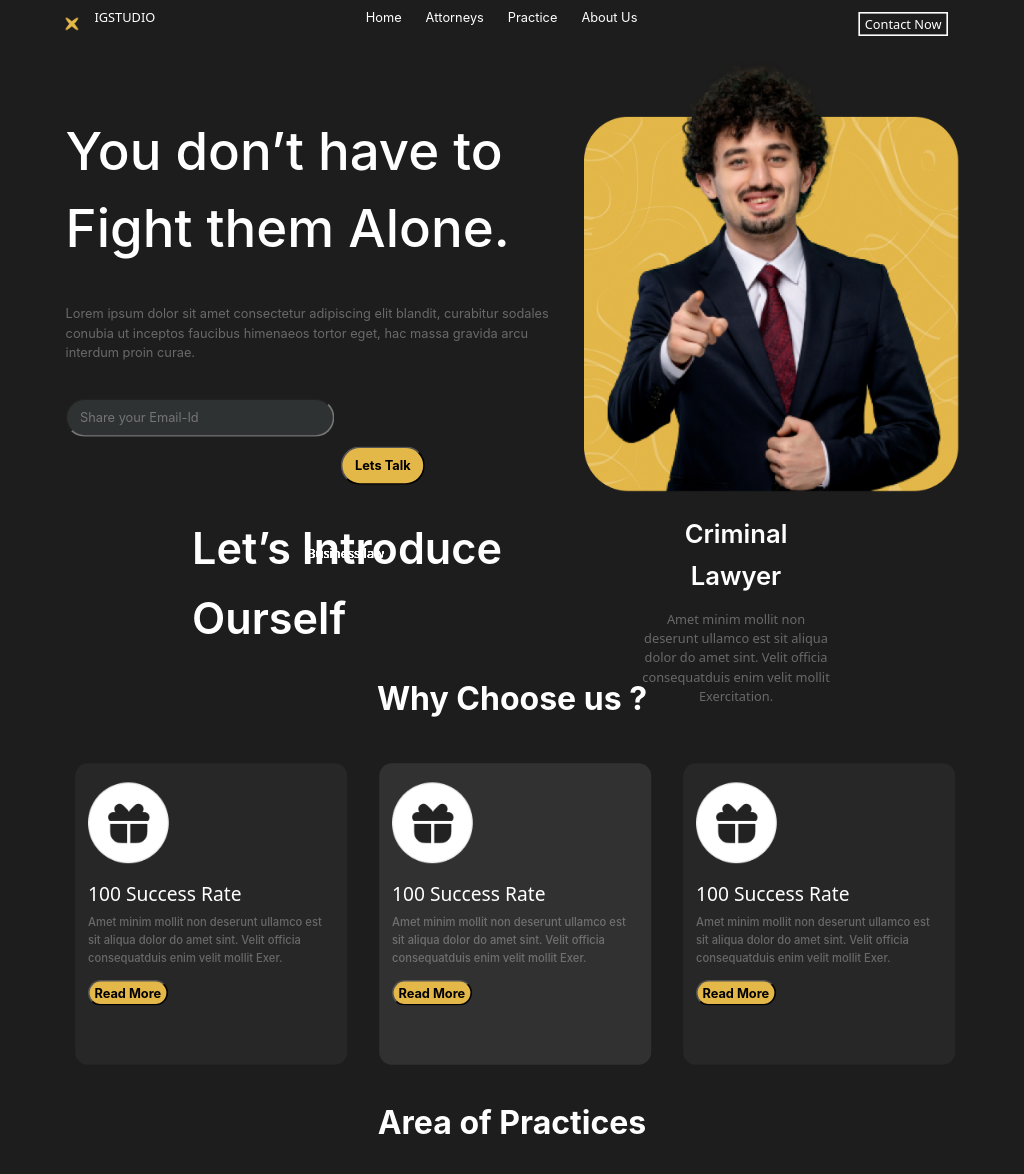
Repository: Senthil-Bala/LawFirm
Page: /
The author's editor kept a copy of each file at every save. The page is drawn from the files as they stood at one save, then again after a run of saves.
The browser window is 1280 px wide. The pictures show the part of the page from y = 0 to 1468 px (the page is 3939 px tall before and 3925 px after), at 80% of full size.
Pictures or frames that could not be fetched are drawn as grey boxes. The project was rebuilt for these pictures with package versions that can differ from the ones it lists, and the page was loaded fresh each time. Also part of the build but not shown: src/App.css, src/Components/Frequents/Accordionss.css, src/Components/Frequents/Accordionss.jsx.

Above is the page before, as saved 2023-11-29 18:51:00.

### src/App.js
import './App.css';
import 'bootstrap/dist/css/bootstrap.min.css';
import Navbar from "./Components/Navbars/Navbar"
import HeroSection from './Components/Heroess/HeroSection';
import Main from "./Components/Mainss/Main";
import Boxes from "./Components/Box/Boxes";
import Practices from './Components/Practicsing/Practices';
import Clients from "./Components/ClientSides/Clients";
import Team from "./Components/Teamss/Team";
import Faq from "./Components/Frequents/Faq"
import Subscribe from './Components/Subscribes/Subscribe';
import Footer from "./Components/Footers/Footer"

function App() {
  return (
    <div className="container">
      <Navbar/>
      <HeroSection/>
      <Main/>
      <Boxes/>
      <Practices/>
      <Clients/>
      <Team/>
      <Faq/>
      <Subscribe/>
      <Footer/>
    </div>
  );
}

export default App;

### src/Components/Navbars/Navbar.jsx
import React from 'react'
import Studio from "../assests/logo.png";
import "./Navbar.css"

function Navbar() {
  return (
    <div className='navbar'>
        <div className="logo ">
            <img src={Studio} alt="Logo"/>
            <p>IGSTUDIO</p>
        </div>
        <div className="mid">
            <p>Home</p>
            <p>Attorneys</p>
            <p>Practice</p>
            <p>About Us</p>
        </div>
        <div className="btn">
            <button>Contact Now</button>
        </div>
    </div>
  )
}

export default Navbar

### src/Components/Heroess/HeroSection.jsx
import React from "react";
import "./HeroSection.css";
import Hero from "../assests/hero.png";
import Container from 'react-bootstrap/Container';
import Row from 'react-bootstrap/Row';
import Col from 'react-bootstrap/Col';
function HeroSection() {
  return (
    <div className="hero">
      <div className="contentLeft">
        <p id="mainHeading">You don’t have to Fight them Alone.</p>
        <p id="subHeading">
          Lorem ipsum dolor sit amet consectetur adipiscing elit blandit,
          curabitur sodales conubia ut inceptos faucibus himenaeos tortor eget,
          hac massa gravida arcu interdum proin curae.
        </p>
        <div >
        <input type="text" placeholder="Share your Email-Id" />
        <button className="inBtn">Lets Talk</button>
        </div>
      </div>
      <div className="contentRight">
        <img src={Hero} alt="Hero" />
      </div>
    </div>

  //   <Container>
  //   <Row>
  //     <Col sm={12} md={6} lg={6} >
  //     <div className="contentLeft">
  //   <p id="mainHeading">You don’t have to Fight them Alone.</p>
  //        <p id="subHeading">
  //        Lorem ipsum dolor sit amet consectetur adipiscing elit blandit,
  //          curabitur sodales conubia ut inceptos faucibus himenaeos tortor eget,
  //          hac massa gravida arcu interdum proin curae.
  //        </p>
  //         <input type="text" placeholder="Share your Email-Id" />
  //     <button className="inBtn">Lets Talk</button>
  //      </div >
  //     </Col>
  //     <Col sm={12} md={6} lg={6}>
  //     <div className="contentRight mt-5">
  //       <img src={Hero} alt="Hero" />
  //    </div>
  //     </Col>
  //   </Row>

  // </Container>








  );
}

export default HeroSection;

### src/Components/Mainss/Main.jsx
import React from "react";
import "./Main.css";
import Container from 'react-bootstrap/Container';
import Row from 'react-bootstrap/Row';
import Col from 'react-bootstrap/Col';
function Main() {
  return (
    <div className="main">
    <div className="left">
        <p>Let’s Introduce <br /> Ourself</p>
    </div>
    {/* <div className="vertical-line"></div> */}
    <div className="right">
        <p id="heading">Criminal Lawyer</p>
        <p id="subHeading">
            Amet minim mollit non deserunt ullamco est sit aliqua dolor do amet
            sint. Velit officia consequatduis enim velit mollit Exercitation.
        </p>
    </div>
</div>



    //Grid layouts

  //   <Container className="mt-5 pt-5">
  //   <Row>
  //     <Col sm={12} md={6} lg={6}>
  //     <div className="left">
  //       <p>Let’s Introduce Ourself</p>
  //     </div>
  //     </Col>
  //     <Col  sm={12} md={6} lg={6}>
  //     <div className="right">
  //       <p id="heading">Criminal Lawyer</p>
  //       <p id="subHeading">
  //         Amet minim mollit non deserunt ullamco est sit aliqua dolor do amet
  //         sint. Velit officia consequatduis enim velit mollit Exercitation.
  //       </p>
  //     </div>
  //     </Col>
  //   </Row>

  // </Container>
  );
}

export default Main;

### src/Components/Box/Boxes.jsx
import React from "react";
import "./Boxes.css";
import Box from "../assests/box.png";
import Container from 'react-bootstrap/Container';
import Row from 'react-bootstrap/Row';
import Col from 'react-bootstrap/Col';
function Boxes() {
  return (
    // <div className="box">
    //   <h1>Why Choose us ?</h1>
    //   <br />
    //   <div className="chooseBox">
    //     <div className="box1">
    //       <img src={Box} alt="" className="mt-2" />
    //       <h4 className="mt-4">100 Success Rate</h4>
    //       <p className="small">
    //         Amet minim mollit non deserunt ullamco est sit aliqua dolor do amet
    //         sint. Velit officia consequatduis enim velit mollit Exer.
    //       </p>
    //     </div>
    //     <div className="box2">
    //       <img src={Box} alt="" className="mt-2" />
    //       <h4 className="mt-4">100 Success Rate</h4>
    //       <p className="small">
    //         Amet minim mollit non deserunt ullamco est sit aliqua dolor do amet
    //         sint. Velit officia consequatduis enim velit mollit Exer.
    //       </p>
    //     </div>
    //     <div className="box3">
    //       <img src={Box} alt="" className="mt-2" />
    //       <h4 className="mt-4">100 Success Rate</h4>
    //       <p className="small">
    //         Amet minim mollit non deserunt ullamco est sit aliqua dolor do amet
    //         sint. Velit officia consequatduis enim velit mollit Exer.
    //       </p>
    //     </div>
    //   </div>
    // </div>
    //Grid layouts

<div>
<h1  className="text-center my-5 heading">Why Choose us ?</h1>

<Container>
<Row className="gx-5 gy-5">
        <Col sm={12} md={6} lg={4} g-5 >
        <div className="box1 mt-2 mr-2">
          <img src={Box} alt="" className="mt-2" />
          <h4 className="mt-4">100 Success Rate</h4>
          <p className="small">
            Amet minim mollit non deserunt ullamco est sit aliqua dolor do amet
            sint. Velit officia consequatduis enim velit mollit Exer.
          </p>
          <button className="chip">Read More</button>
        </div>
        </Col>
        <Col sm={12} md={6} lg={4}>
        <div className="box2 mt-2 mr-2">
          <img src={Box} alt="" className="mt-2" />
          <h4 className="mt-4">100 Success Rate</h4>
          <p className="small">
            Amet minim mollit non deserunt ullamco est sit aliqua dolor do amet
            sint. Velit officia consequatduis enim velit mollit Exer.
          </p>
          <button className="chip" >Read More</button>
        </div>
        </Col>
        <Col sm={12} md={6} lg={4}>
        <div className="box3 mt-2 mr-2">
          <img src={Box} alt="" className="mt-2" />
          <h4 className="mt-4">100 Success Rate</h4>
          <p className="small">
            Amet minim mollit non deserunt ullamco est sit aliqua dolor do amet
            sint. Velit officia consequatduis enim velit mollit Exer.
          </p>
          <button className="chip">Read More</button>
        </div>
        </Col>
      </Row>

    </Container>
    </div>

  );
}

export default Boxes;

### src/Components/Practicsing/Practices.jsx
import React from "react";
import Container from "react-bootstrap/Container";
import Row from "react-bootstrap/Row";
import Col from "react-bootstrap/Col";
import Left from "../assests/left.png";
import Right from "../assests/right.png";
import "./Practices.css";

function Practices() {
  return (
    <div>
      <h1 className="text-center my-5 heading">Area of Practices</h1>

      <Container>
        <Row className="mt-3">
          <Col xs={12} sm={8}>
            <img src={Left} alt="Business law" className="left" />
            <p className="title">Business law</p>

          </Col>
          <Col xs={12} sm={4}>
            <img src={Right} alt="Partnership Law" className="right" />
            <p className="title">Business law</p>

          </Col>
        </Row>
        <Row className="mt-3">
        <Col xs={12} sm={4}>
            <img src={Right} alt="Partnership Law" className="right" />
            <p className="title">Business law</p>
          </Col>
          <Col xs={12} sm={8}>
            <img src={Left} alt="Business law" className="left" />
            <p className="title">Business law</p>

          </Col>

        </Row>
        <Row className="mt-3">
          <Col xs={12} sm={8}>
            <img src={Left} alt="Business law" className="left" />
            <p className="title">Business law</p>

          </Col>
          <Col xs={12} sm={4}>
            <img src={Right} alt="Partnership Law" className="right" />
            <p className="title">Business law</p>

          </Col>
        </Row>
      </Container>
    </div>
  );
}

export default Practices;

### src/Components/ClientSides/Clients.jsx
import React from "react";
import "./Clients.css";
import EclipseOne from "../assests/EclipseOne.png";
import EclipseTwo from "../assests/EclipseTwo.png";
import EclipseThree from "../assests/EclipseThree.png";
import Container from 'react-bootstrap/Container';
import Row from 'react-bootstrap/Row';
import Col from 'react-bootstrap/Col';
function Clients() {
  return (
    // <div className="box">
    //   <h1>Why Choose us ?</h1>
    //   <br />
    //   <div className="chooseBox">
    //     <div className="box1">
    //       <img src={Box} alt="" className="mt-2" />
    //       <h4 className="mt-4">100 Success Rate</h4>
    //       <p className="small">
    //         Amet minim mollit non deserunt ullamco est sit aliqua dolor do amet
    //         sint. Velit officia consequatduis enim velit mollit Exer.
    //       </p>
    //     </div>
    //     <div className="box2">
    //       <img src={Box} alt="" className="mt-2" />
    //       <h4 className="mt-4">100 Success Rate</h4>
    //       <p className="small">
    //         Amet minim mollit non deserunt ullamco est sit aliqua dolor do amet
    //         sint. Velit officia consequatduis enim velit mollit Exer.
    //       </p>
    //     </div>
    //     <div className="box3">
    //       <img src={Box} alt="" className="mt-2" />
    //       <h4 className="mt-4">100 Success Rate</h4>
    //       <p className="small">
    //         Amet minim mollit non deserunt ullamco est sit aliqua dolor do amet
    //         sint. Velit officia consequatduis enim velit mollit Exer.
    //       </p>
    //     </div>
    //   </div>
    // </div>
    //Grid layouts

<div>
    <div className="clientHead d-flex justify-content-between align-items-center">
<h1  className=" my-5 heading">What Says Our <br /> Happy Clients</h1>
<div className="arrows">
<button>L</button>
<button className="rgt">R</button>
</div>


</div>
<Container>
<Row className="gx-4 gy-4">
        <Col sm={12} md={6} lg={4} >
        <div className="box1 mt-2 mr-2">
          <img src={EclipseOne} alt="" />
          <h4 className="mt-2">Joe Kooper</h4>
          <p >Ceo Of Hunt</p>
          <p className="small">
            Amet minim mollit non deserunt ullamco est sit aliqua dolor do amet
            sint. Velit officia consequatduis enim velit mollit Exer.
          </p>
          <button className="chip">Read More</button>
        </div>
        </Col>
        <Col sm={12} md={6} lg={4}>
        <div className="box2 mt-2 mr-2">
          <img src={EclipseTwo} alt="" className="mt-2" />
          <h4 className="mt-2">Robert Fox</h4>
          <p >Ceo Of Hunt</p>
          <p className="small">
            Amet minim mollit non deserunt ullamco est sit aliqua dolor do amet
            sint. Velit officia consequatduis enim velit mollit Exer.
          </p>
          <button className="chip" >Read More</button>
        </div>
        </Col>
        <Col sm={12} md={6} lg={4}>
        <div className="box3 mt-2 mr-2">
          <img src={EclipseThree} alt="" className="mt-2" />
          <h4 className="mt-2">Devon Lane</h4>
          <p >Ceo Of Hunt</p>
          <p className="small">
            Amet minim mollit non deserunt ullamco est sit aliqua dolor do amet
            sint. Velit officia consequatduis enim velit mollit Exer.
          </p>
          <button className="chip">Read More</button>
        </div>
        </Col>
      </Row>

    </Container>
    </div>

  );
}

export default Clients;

### src/Components/Teamss/Team.jsx
import React from 'react'
import Container from 'react-bootstrap/esm/Container'
import Row from 'react-bootstrap/Row';
import Col from 'react-bootstrap/Col';
import Daniel from "../assests/Daniel.png";
import Sanfole from "../assests/Sanfole.png";
import Casforila from "../assests/Casforila.png";
import Collean from "../assests/Collean.png";
import Haldone from "../assests/Haldone.png";
import Nik from "../assests/Nik.png"
import "./Team.css"

function Team() {
  return (
    <div className='teamDiv my-3'>
        <h1 className="text-center mt-5 heading">Our Team</h1>

        <Container>
        <Row>

        <Col xs={6} md={4} lg={4} className='mt-5'>
            <div className="items d-flex pt-1 ">
        <img src={Daniel} alt="" className='mr-3'/>
        <div>
          <h6 >Daniel Def</h6>
          <p className="opac">301 Cases</p>
          </div>
          </div>
        </Col>

        <Col xs={6} md={4} lg={4} className='mt-5'>
            <div className="items d-flex sanfole pt-1 ">
        <img src={Sanfole} alt="" className='mr-3 '/>
        <div>
          <h6>Sanfole</h6>
          <p className="opac">850 Cases</p>
          </div>
          </div>
        </Col>

        <Col xs={6} md={4}  lg={4} className='mt-5'>
            <div className="items d-flex pt-1">
        <img src={Casforila} alt="" className='mr-3'/>
        <div>
          <h6 >Casforila</h6>
          <p className="opac">470 Cases</p>
          </div>
          </div>
        </Col>

        <Col xs={6} md={4} lg={4} className='mt-5'>
            <div className="items d-flex pt-1 ">
        <img src={Collean} alt="" className='mr-3'/>
        <div>
          <h6 >Collean</h6>
          <p className="opac">180 Cases</p>
          </div>
          </div>
        </Col>

        <Col xs={6} md={4}  lg={4} className='mt-5'>
            <div className="items d-flex pt-1">
        <img src={Haldone} alt="" className='mr-3'/>
        <div>
          <h6 >Haldone</h6>
          <p className="opac">212 Cases</p>
          </div>
          </div>
        </Col>

        <Col xs={6} md={4}  lg={4} className='mt-5'>
            <div className="items d-flex p-2">
        <img src={Nik} alt="" className='mr-3'/>
        <div>
          <h6 >Nik Joe</h6>
          <p className="opac">350 cases</p>
          </div>
          </div>
        </Col>

      </Row>
      </Container>
    </div>
  )
}

export default Team

### src/Components/Frequents/Faq.jsx
import React from "react";
import Accordionss from "./Accordionss"
import "./Faq.css"
function Faq() {
  return (
    <div className="d-flex justify-content-between my-5">
      <div className="faq my-4">
        <h1>FAQ</h1>
        <p className="faqContent">
          Amet minim mollit non deserunt ullamco est sit <br /> aliqua dolor do amet
          sint.
        </p>
      </div>
      <div className="accordions mt-5">
        {/* <Accordions/> */}
      </div>
    </div>
  );
}

export default Faq;

### src/Components/Subscribes/Subscribe.jsx
import React from 'react'
import "./Subscribe.css"
function Subscribe() {
  return (
    <div className='subscribes mt-3'>
    <div className="newsLetter">
<h1 className='text-center mt-2'>Subscribe Our NewsLetter</h1>
</div>
<div className="inputAndbutton">
    <input type="text" className='inputOne' placeholder='Enter Your Name'/>
    <input type="text" className='inputOne' placeholder='Enter your Email'/>
    <button id='send'>Send</button>
</div>
    </div>
  )
}

export default Subscribe

### src/Components/Footers/Footer.jsx
import React from 'react'
import "./Footer.css";
import logo from "../assests/logo.png";
import Group from "../assests/group.png"
function Footer() {
  return (
    <div className='footerDiv my-3'>
        <div className="firstDiv container text-center">
           <div className='logoDiv'>
            <img src={logo} alt="logo" />
            <p>IGSTUDIO</p>
           </div>
           <div className="mainDiv ">
            <p>Home</p>
            <p>Attorneys</p>
            <p>Practice Areas</p>
            <p>About Us</p>
           </div>
           <div>
            <img src={Group} alt="Icons" />
           </div>
        </div>
        <br />
        <div className="secondDiv container text-center ">
            <p>© 2020 Acme. All rig</p>
            <p>Privacy Policy</p>
            <p>Terms of Service</p>
        </div>

    </div>
  )
}

export default Footer

### src/Components/Navbars/Navbar.css
.navbar {
    display: flex;
    justify-content: space-between;
    align-items: center;
    /* width: 100%;
    height: 3rem; */

}

.mid {
    display: flex;
    gap: 30px;
    font-family: Inter;
    text-align: center;
    justify-content: space-between;
    align-items: center;

}

.btn button {
    border: 2px solid #FFFFFF;
    background-color: #1D1D1D;
    color: #FFFFFF;
    /* justify-content: center;
    align-items: center; */
}

.logo {
    display: flex;
    justify-content: center;
    align-items: center;
    gap: 20px;
}

.logo img{
    height: 1rem;
}

### src/Components/Heroess/HeroSection.css
.hero {
    display: flex;
    justify-content: space-between;
    align-items: center;
    gap: 30px;
    font-family: Inter;

}

.contentLeft {
    margin-top: 5rem;
    display: flex;
    flex-direction: column;
    gap: 30px;
}

.contentRight {
    width: 467.71px;
    height: 467.71px;
}

.inBtn {
    background: rgba(227, 183, 72, 1);

    color: black;
    font-family: Inter;
    font-weight: bold;
    height: 3rem;
    padding: 1rem;
    display: flex;
    justify-content: center;
    align-items: center;
    border-radius: 3rem;
    text-align: center;
    position: absolute;
    right: 58.5%;
    top: 77.5%;
    outline: 0;
}

input[type='text'] {
    height: 3rem;
    padding: 1rem;
    border-radius: 3rem;
    width: 21rem;
    position: relative;
    background-color:rgb(47, 50, 50);
    color: darkslategray;
    outline: 0;
}

#mainHeading {
    font-size: 66px;
    font-weight: 500;
    line-height: 97px;
    letter-spacing: 0em;
    text-align: left;

}

#subHeading {
    color: dimgrey;

}

### src/Components/Mainss/Main.css
.main {
    display: flex;
    justify-content: center;
    text-align: center;
    margin-top: 6rem;
}

.left {
    font-family: Inter;
    font-size: 54px;
    font-weight: 600;
    line-height: 87px;
    text-align: left;

}
/* Styling for the main container */
.main {
    display: flex;
    align-items: center;
}

/* Styling for the vertical line */
.vertical-line {
    border-left: 1px solid dimgray; /* Set color for the left border */
    height: 100px; /* Set height of the line */
    margin: 0 20px; /* Adjust margin as needed */
}



.right{
    display: flex;
    flex-direction: column;

}
#heading {
    font-family: Inter;
    font-size: 32px;
    font-weight: 600;
    line-height: 52px;
    letter-spacing: 0em;
    text-align: center;
    /* width: 475px;
    height: 155px; */

}
#subHeading{
    color: dimgrey;
    /* width: 475px;
height: 87px;

opacity: 0.3px; */

}

### src/Components/Box/Boxes.css
.box{
    margin-top: 6rem;
    text-align: center;
}
.chooseBox{
    display: flex;
    justify-content: space-between;
}
.box1,.box2,.box3{
    width: 340px;
height: 377px;
padding: 1rem;
text-align: left;
/* border: 2px solid; */
border-radius: 1rem;
background-color:rgb(40, 39, 39);

}
.box2{
    background: rgba(71, 71, 71, 0.5);

}
.small{
    font-family: Inter;
font-size: 14px;
font-weight: 500;
line-height: 23px;
letter-spacing: 0em;
text-align: left;
opacity: 30%;

}
.chip{
    background: rgba(227, 183, 72, 1);

    color: black;
    font-family: Inter;
    font-weight: bold;
    height: 2rem;
    /* padding: 1rem; */
    display: flex;
    justify-content: center;
    align-items: center;
    border-radius: 1.5rem;
    text-align: center;
}
.heading{
    font-family: Inter;
    font-weight: bold;

}

### src/Components/Practicsing/Practices.css
.left{
    width:35rem;
    height:10rem;

}
.right{
    width:15rem;
    height:10rem;
    position: relative;
}
.title{
    position: absolute;
    bottom: 0px;
    left: 30%;
    text-align: center;
}

### src/Components/ClientSides/Clients.css
.arrows button{
    border-radius: 50%;
    height: 3rem;
    width: 3rem;
}
.rgt{
    background: rgba(227, 183, 72, 1);
}
.box2{
    background: rgba(71, 71, 71, 0.5);

}

### src/Components/Teamss/Team.css
.opac{
    opacity: 30%;
}

.sanfole{
    background: rgba(227, 183, 72, 1);
border-radius: 1rem;
color: black;

}

### src/Components/Frequents/Faq.css
.faqContent{
    opacity: 30%;
}

### src/Components/Subscribes/Subscribe.css
.subscribes{
height: 356px;
background: rgba(71, 71, 71, 0.5);
display: flex;
flex-direction: column;
justify-content: center;
align-items: center;
border-radius: 1rem;
gap: 30px;
}
#send{
    background: rgba(227, 183, 72, 1);
    height: 2.5rem;
    width: 5rem;
    border-radius: 0.5rem;

}
.inputOne{
    width: 10rem;
    height: 2.5rem;
    border-radius: 0.5rem;
    padding-left: 1rem;

}
.inputAndbutton{
display: flex;
justify-content: space-between;
gap: 10px;
}

### src/Components/Footers/Footer.css
.footerDiv{

height: 367px;
/* border: 1px solid white; */
display: flex;
flex-direction: column;
font-size: smaller;
background-color: black;
/* width: 100%; */


}
.firstDiv{
    display: flex;
    justify-content: space-between;
    align-items: center;
    margin-top: 4rem;
}
.mainDiv{
    display: flex;
    justify-content: center;
    align-items: center;
    gap:50px;
}
.secondDiv{
    display: flex;
    justify-content: center;
    align-items: center;
    gap:20px;
    margin-top: 2rem;
    font-size: xx-small;

}

Loaded but not shown: public/index.html (common file); src/index.js (common file); src/index.css (common file); src/reportWebVitals.js (common file)

After the next 2 saves:
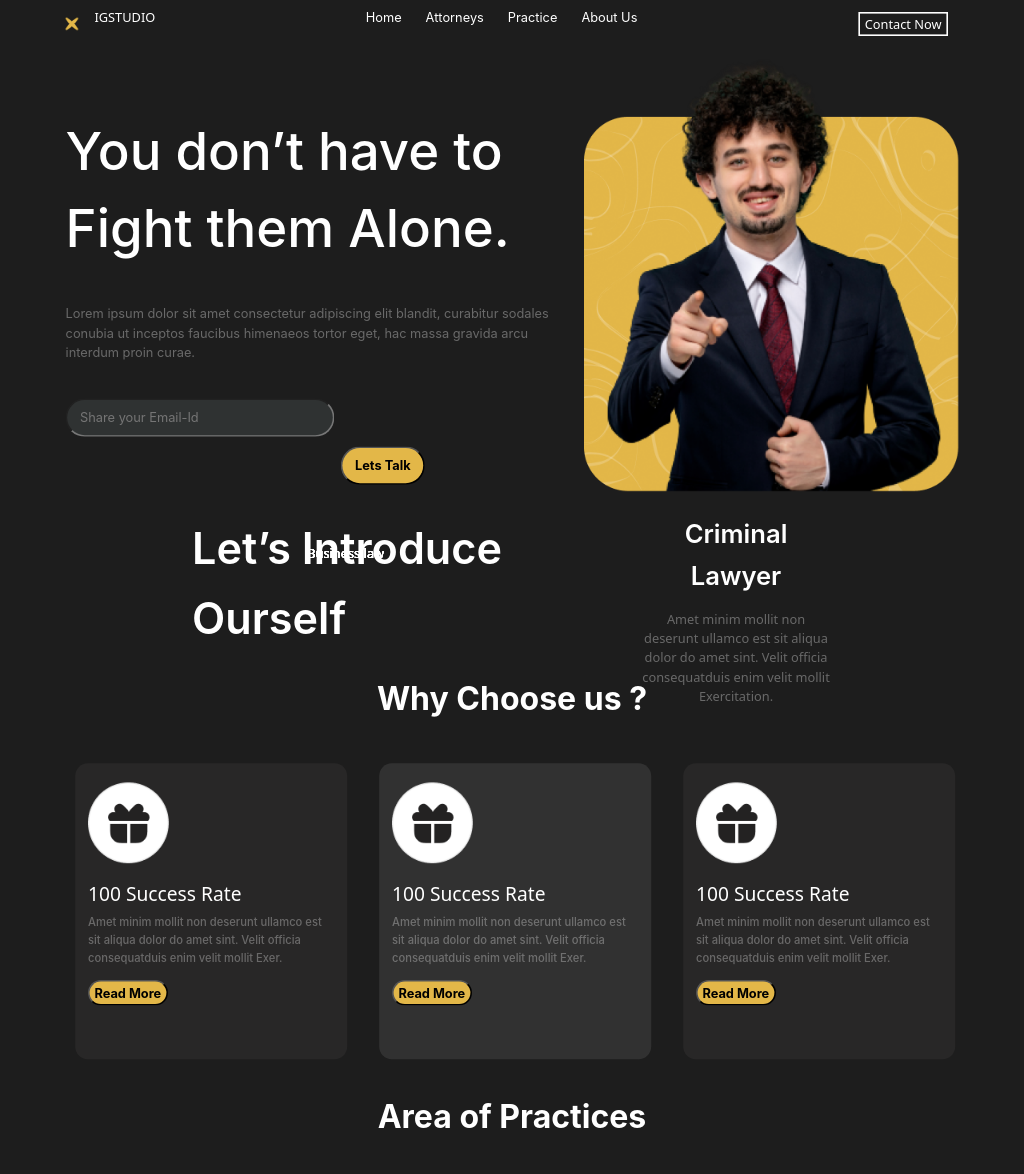
The 2 saves are shown as one change because they came seconds apart.
The last was saved 18 s later.
--- a/src/Components/Box/Boxes.css
+++ b/src/Components/Box/Boxes.css
@@ -8,7 +8,7 @@
 }
 .box1,.box2,.box3{
     width: 340px;
-height: 377px;
+height: 370px;
 padding: 1rem;
 text-align: left;
 /* border: 2px solid; */
